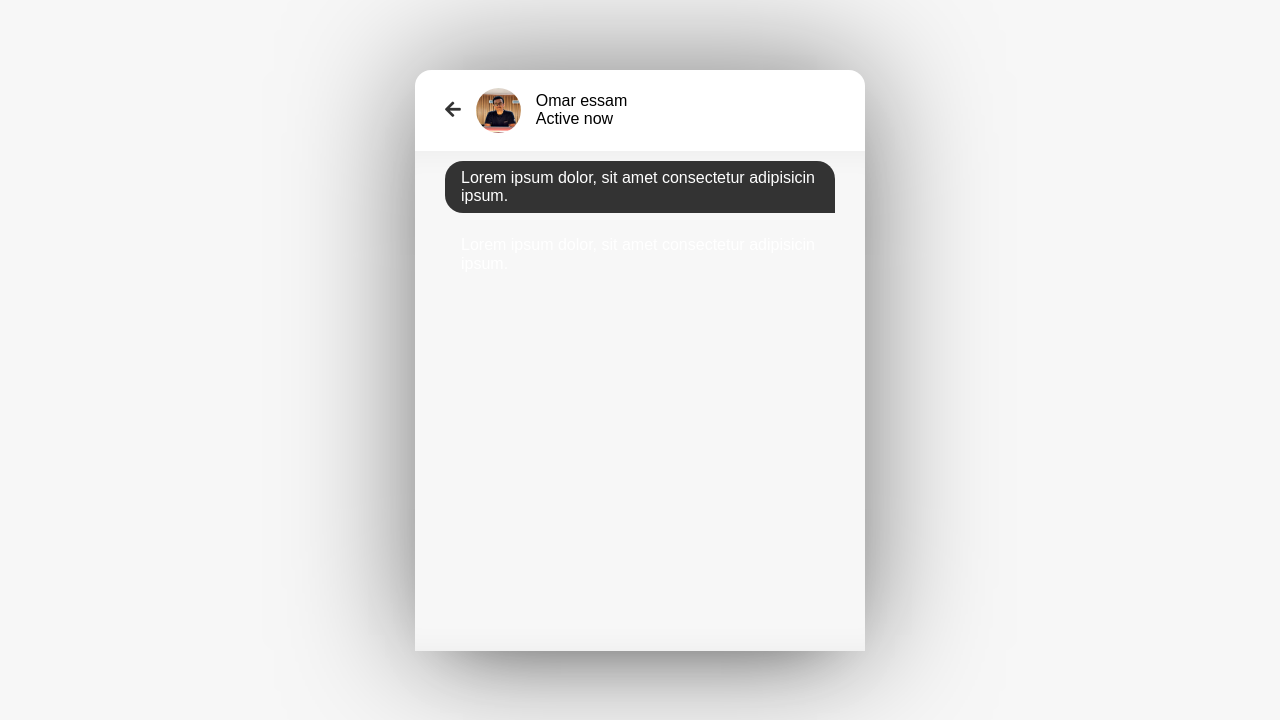
Repository: OmarEssameldinMousa/Chat-Application
Page: chat.html
The author's editor kept a copy of each file at every save. The page is drawn from the files as they stood at one save, then again after the next save.
The browser window is 1280 px wide. The pictures show the whole page.

Above is the page before, as saved 2023-09-22 23:18:53.

After the next save:
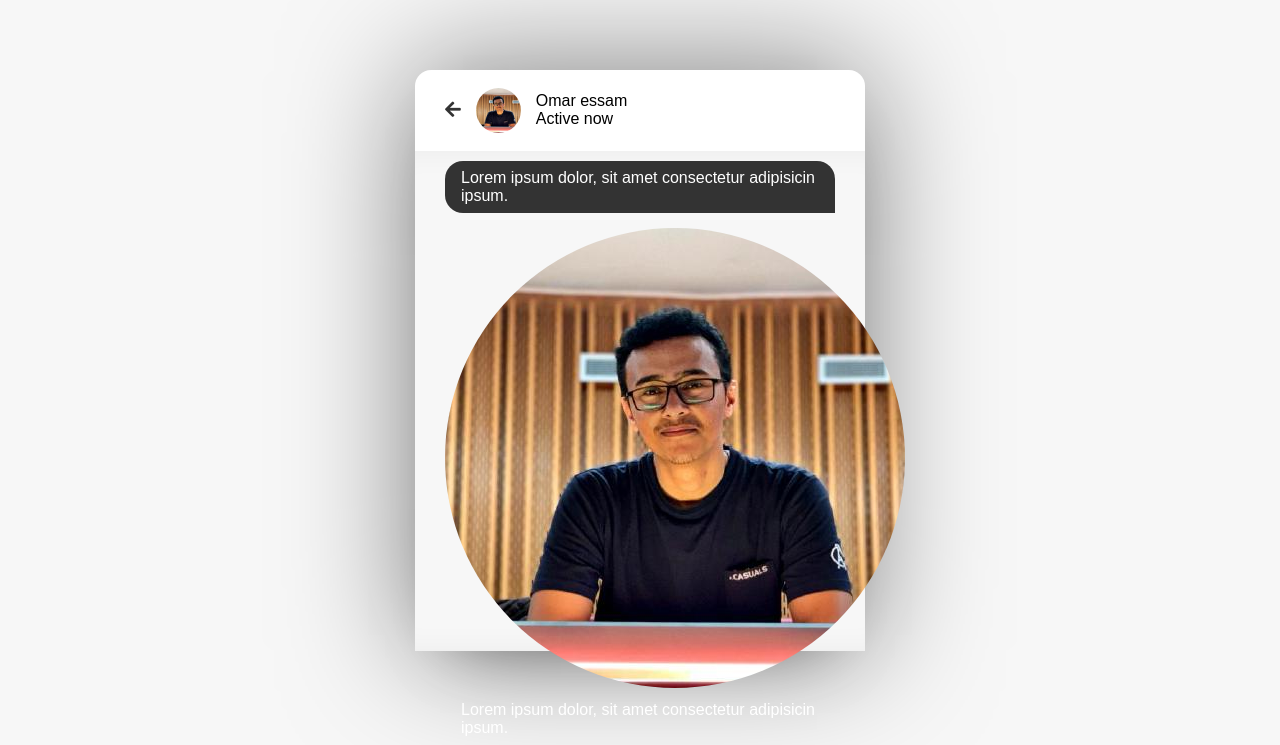
Saved 83 s later.
--- a/chat.html
+++ b/chat.html
@@ -31,6 +31,7 @@
                 </div>
 
                 <div class="chat incoming">
+                    <img src="images/124374760.jpg" alt="">
                     <div class="details">
                         <p>Lorem ipsum dolor, sit amet consectetur adipisicin ipsum.</p>
                     </div>
